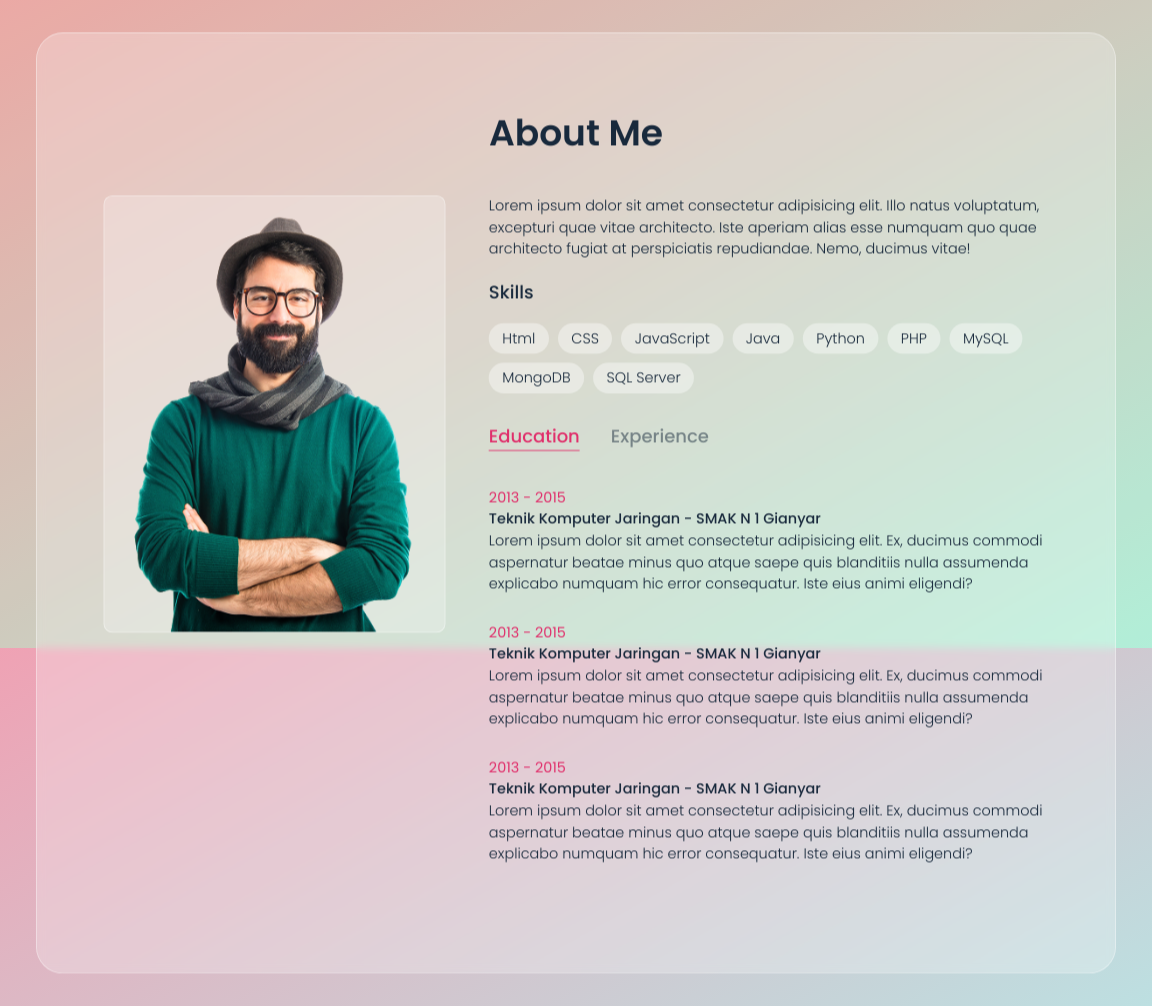
Repository: dewaary/Glassmorp-me
Page: index.html
The author's editor kept a copy of each file at every save. The page is drawn from the files as they stood at one save, then again after the next save.
The browser window is 1280 px wide. The pictures show the whole page, at 90% of full size.
Backgrounds fixed to the window are drawn as part of the page.

Above is the page before, as saved 2021-05-25 22:56:17.
Not found: js/script,js

### index.html
<!DOCTYPE html>
<html lang="en">

<head>
    <meta charset="UTF-8">
    <meta http-equiv="X-UA-Compatible" content="IE=edge">
    <meta name="viewport" content="width=device-width, initial-scale=1.0">
    <link rel="stylesheet" href="style.css">
    <title>Document</title>
</head>

<body>
    <div class="main">
        <section class="home-section align-items-center hidden">
            <div class="container">
                <div class="row align-items-center">
                    <div class="home-text">
                        <p>Hello, I'm</p>
                        <h1>Dewa Ari</h1>
                        <h2>Full-Stack Web Developer</h2>
                        <a href="#" class="btn">more about me</a>
                        <a href="#" class="btn">portfolio</a>
                    </div>
                    <div class="home-img">
                        <div class="img-box">
                            <img src="img/profile-img.png" alt="profile-img">
                        </div>
                    </div>
                </div>
            </div>
        </section>

        <!-- About Section -->
        <section class="about-section sec-padding">
            <div class="container">
                <div class="row">
                    <div class="section-title">
                        <h2>About me</h2>
                    </div>
                </div>
                <div class="row">
                    <div class="about-img">
                        <div class="img-box">
                            <img src="img/about-img.png" alt="About Image">
                        </div>
                    </div>
                    <div class="about-text">
                        <p>Lorem ipsum dolor sit amet consectetur adipisicing elit. Illo natus voluptatum, excepturi
                            quae vitae architecto. Iste aperiam alias esse numquam quo quae architecto fugiat at
                            perspiciatis repudiandae. Nemo, ducimus vitae!</p>
                        <h3>Skills</h3>
                        <div class="skills">
                            <div class="skill-item">Html</div>
                            <div class="skill-item">CSS</div>
                            <div class="skill-item">JavaScript</div>
                            <div class="skill-item">Java</div>
                            <div class="skill-item">Python</div>
                            <div class="skill-item">PHP</div>
                            <div class="skill-item">MySQL</div>
                            <div class="skill-item">MongoDB</div>
                            <div class="skill-item">SQL Server</div>
                        </div>

                        <div class="about-tabs">
                            <button type="button" class="tab-item active" data-target="#education">Education</button>
                            <button type="button" class="tab-item" data-target="#experience">Experience</button>
                        </div>
                        <div class="tab-content" id="education">
                            <div class="timeline">
                                <div class="timeline-item">
                                    <span class="date">2013 - 2015</span>
                                    <h4>Teknik Komputer Jaringan - <span>SMAK N 1 Gianyar</span></h4>
                                    <p>Lorem ipsum dolor sit amet consectetur adipisicing elit. Ex, ducimus commodi
                                        aspernatur beatae minus quo atque saepe quis blanditiis nulla assumenda
                                        explicabo numquam hic error consequatur. Iste eius animi eligendi?</p>
                                </div>
                                <div class="timeline-item">
                                    <span class="date">2013 - 2015</span>
                                    <h4>Teknik Komputer Jaringan - <span>SMAK N 1 Gianyar</span></h4>
                                    <p>Lorem ipsum dolor sit amet consectetur adipisicing elit. Ex, ducimus commodi
                                        aspernatur beatae minus quo atque saepe quis blanditiis nulla assumenda
                                        explicabo numquam hic error consequatur. Iste eius animi eligendi?</p>
                                </div>
                                <div class="timeline-item">
                                    <span class="date">2013 - 2015</span>
                                    <h4>Teknik Komputer Jaringan - <span>SMAK N 1 Gianyar</span></h4>
                                    <p>Lorem ipsum dolor sit amet consectetur adipisicing elit. Ex, ducimus commodi
                                        aspernatur beatae minus quo atque saepe quis blanditiis nulla assumenda
                                        explicabo numquam hic error consequatur. Iste eius animi eligendi?</p>
                                </div>
                            </div>
                        </div>
                        <!-- Education Start -->


                    </div>
                </div>
            </div>
        </section>

    </div>
    <script src="js/script,js"></script>
</body>

</html>

### style.css
/* Fonts */
@import url("https://fonts.googleapis.com/css2?family=Poppins:wght@300;400;500;600;700&display=swap");

/* Variables */

:root {
  --main-color: #e02f6b;
  --blue: #0000ff;
  --blue-dark: #18293c;
  --orange: #ffa500;
  --green-yellow: #cddc39;
  --pink-light: #efa2b4;
  --cyan-light: #aef1ee;
  --white: #ffffff;
  --white-alpha-40: rgba(255, 255, 255, 0.4);
  --white-alpha-25: rgba(255, 255, 255, 0.25);
  --backdrop-filter-blur: blur(5px);
}

* {
  box-sizing: border-box;
  padding: 0;
  margin: 0;
  outline: none;
}

::before,
::after {
  box-sizing: border-box;
}

body {
  min-height: 100vh;
  background-image: linear-gradient(
    to bottom right,
    var(--pink-light),
    var(--cyan-light)
  );
  background-attachment: fixed;
  font-size: 16px;
  font-family: "Poppins", sans-serif;
  font-weight: 300;
  color: var(--blue-dark);
  line-height: 1.5;
  overflow-x: hidden;
  -webkit-tap-highlight-color: transparent;
  padding: 5vh 15px;
}

body::before {
  content: "";
  position: fixed;
  left: 0;
  top: 0;
  height: 100%;
  width: 100%;
  background-color: var(--green-yellow);
  z-index: -1;
  opacity: 0.12;
}

a {
  text-decoration: none;
}

h1,
h2 {
  font-weight: 600;
}

h3,
h4,
h5,
h6 {
  font-weight: 500;
}

img {
  max-width: 100%;
  vertical-align: middle;
}

section {
  background-color: var(--white-alpha-25);
  border: 1px solid var(--white-alpha-40);
  min-height: 90vh;
  border-radius: 30px;
  backdrop-filter: var(--backdrop-filter-blur);
}

.main {
  max-width: 1200px;
  margin: auto;
}

.row {
  display: flex;
  flex-wrap: wrap;
}

.container {
  padding: 0 40px;
  width: 100%;
}

.align-items-center {
  align-items: center;
}

.hidden{
  display: none !important;
}

.sec-padding {
  padding: 80px 0;;
}

/* Section Tittle */
.section-title {
  padding: 0 15px;
  width: 100%;
  text-align: center;
  margin-bottom: 40px;
}

.section-title h2 {

  font-size: 40px;
  text-transform: capitalize;
}


/* Custome Scroolbar */

::-webkit-scrollbar{
  width: 5px;
}

::-webkit-scrollbar-track{
  background-color: var(--white);
}

::-webkit-scrollbar-thumb {
  background-color: var(--main-color);
}

/*
Buttons */

button {
  font-family: inherit;
  user-select: none;
}


.btn {
  line-height: 1.5;
  background-color: var(--white-alpha-25);
  border: 1px solid var(--white-alpha-40);
  padding: 10px 28px;
  display: inline-block;
  border-radius: 30px;
  color: var(--main-color);
  font-weight: 500;
  text-transform: capitalize;
  font-family: inherit;
  font-size: 16px;
  cursor: pointer;
  user-select: none;
  position: relative;
  overflow: hidden;
  vertical-align: middle;
  transition: width 0.3s ease;
}

.btn::before {
  content: "";
  position: absolute;
  left: 0;
  top: 0;
  height: 100%;
  width: 0%;
  background-color: var(--main-color);
  z-index: -1;
  transition: width 0.3s ease;
}

.btn:hover::before {
  width: 100%;
}
.btn:hover {
  color: var(--white);
}

/*
Home Section */

.home-section {
  display: flex;
  padding: 120px 0;
}

.home-text,
.home-img {
  width: 50%;
  padding: 15px;
}

.home-text p {
  font-size: 15px;
}

.home-text h2 {
  font-size: 20px;
  text-transform: capitalize;
  font-weight: 300;
  margin: 0 0 30px;
}

.home-text .btn {
  margin: 0 15px 15px 0;
}

.home-text h1 {
  font-size: 50px;
  text-transform: capitalize;
}

.home-img .img-box {
  max-width: 360px;
  background-color: var(--white-alpha-25);
  border-radius: 50%;
  background-color: var(--white-alpha-25);
  margin: auto;
}

.home-img .img-box img {
  width: 100%;
  border-radius: 50%;
}


/* About Section */

.about-img{
  width: 40%;
  padding: 0 15px;
}

.about-text {
  width: 60%;
  padding: 0 15px;
}

.about-img .img-box {
  background-color: var(--white-alpha-25);
  max-width: 380px;
  border: 1px solid var(--white-alpha-40);
  margin: auto;
  border-radius: 10px;

}

.about-img .img-box img{
  width: 100%;
}

.about-text h3{
  text-transform: capitalize;
  font-size: 20px;
  margin: 20px 0;;
}

.about-text .skills {
  display: flex;
  flex-wrap: wrap;
}

.about-text .skill-item {
  background-color: var(--white-alpha-25);
  background-color: var(--white-alpha-40);
  padding: 5px 15px;
  text-transform: capitalize;
  margin: 0 10px 10px 0;
  border-radius: 20px;
}

.about-tabs {
  margin-top: 20px;
}

.about-tabs .tab-item {
  padding: 2px 0;
  background-color: transparent;
  border: none;
  text-transform: capitalize;
  display: inline-block;
  color: var(--blue-dark);
  cursor: pointer;
  font-size: 20px;
  font-weight: 500;
  margin: 0 30px 0 0;
  position: relative;
  opacity: 0.5;
  transition: all 0.3s ease;
}

.about-tabs .tab-item:last-child {
  margin: 0;
}

.about-tabs .tab-item::before {
  content: '';
  position: absolute;
  left: 0;
  bottom: 0;
  width: 0%;
  height: 1px;
  background-color: var(--blue-dark);
  transition: width 0.3s ease;
}

.about-tabs .tab-item:hover::before {
  width: 100%;
}

.about-tabs .tab-item.active::before {
  width: 100%;
  background-color: var(--main-color);
}

.about-tabs .tab-item.active{
  color: var(--main-color);
  opacity: 1;
  cursor: auto;
}

.about-text .tab-content{
  padding: 40px 0;
}

.about-text .timeline-item{
  margin-bottom: 30px;
}

.about-text .timeline-item:last-child{
  margin-bottom: 0;
}

.about-text .timeline-item .date{
  display: block;
  color: var(--main-color);
  font-weight: 400;
}
.about-text .timeline-item h4{}
.about-text .timeline-item h4 span{}

After the next save:
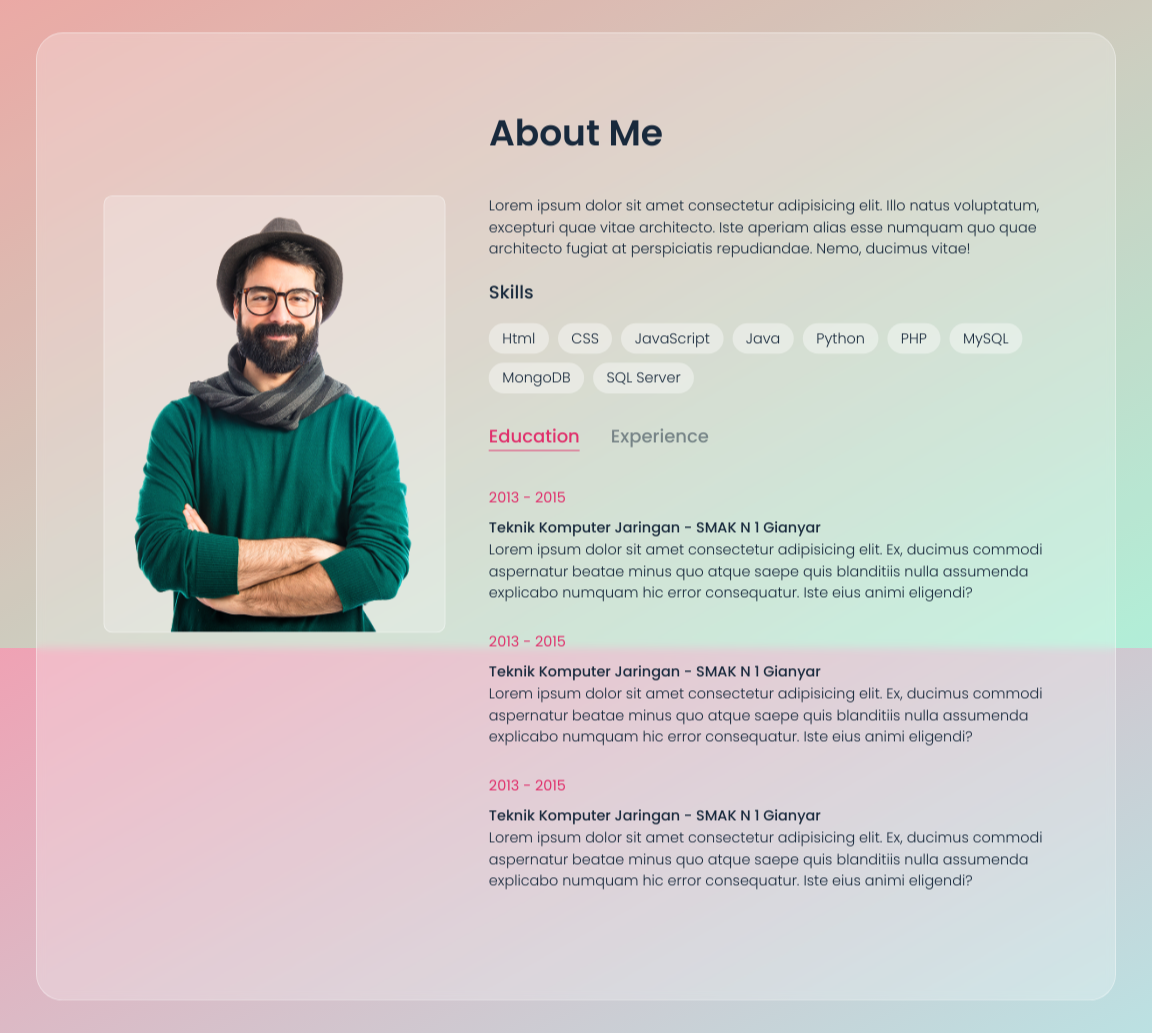
Saved 35 s later.
--- a/style.css
+++ b/style.css
@@ -351,6 +351,7 @@ Home Section */
   display: block;
   color: var(--main-color);
   font-weight: 400;
+  margin: 0 0 10px;
 }
 .about-text .timeline-item h4{}
 .about-text .timeline-item h4 span{}
